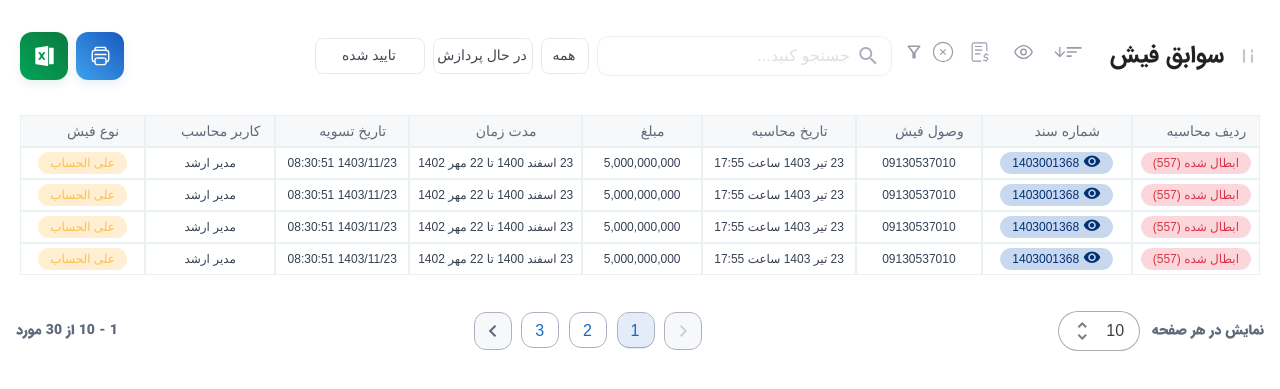
Repository: mobinazarein/data-table
Page: /
These files come from the project's save history. The page is drawn as it stood at one moment and after the next save; the edit follows.
The browser window is 1280 px wide. The pictures show the whole page.
Some web fonts or font styles are not loaded; a fallback is used. The project was rebuilt for these pictures with package versions that can differ from the ones it lists, and the page was loaded fresh each time. Also part of the build but not shown: vue.config.js.

Above is the page before, as saved 2025-03-26 10:22:38.

After the next save:
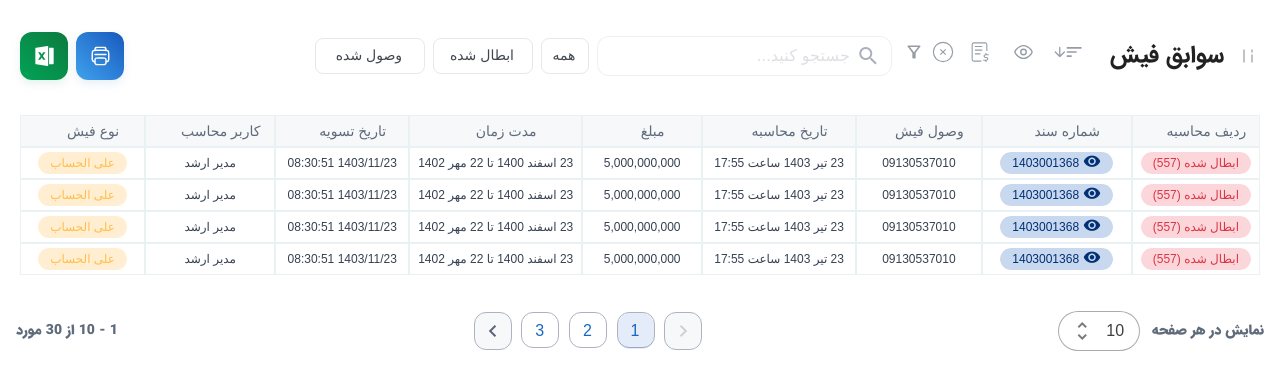
Saved 35 s later.
--- a/src/App.vue
+++ b/src/App.vue
@@ -82,8 +82,8 @@ const pageData = ref({
   ],
   buttonList: [
     { label: 'همه', width: 48 },
-    { label: 'در حال پردازش', width: 100 },
-    { label: 'تایید شده', width: 110 },
+    { label: 'ابطال شده', width: 100 },
+    { label: 'وصول شده', width: 110 },
   ]
 }).value;
 </script>
